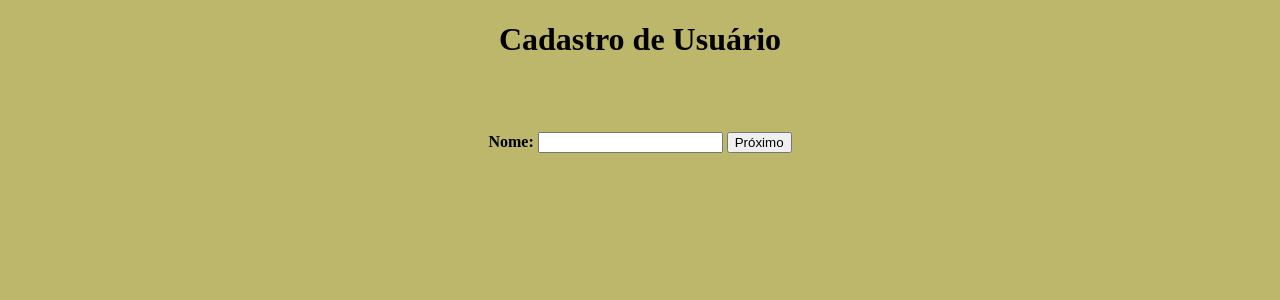
Repository: yoda4ever/playground
Page: http://localhost/Mod06_ex02B/tela1.jsp
An editor plug-in stored every save of this project. The page is shown before and after the next save, followed by the edit.
The browser window is 1280 px wide. The pictures show the whole page.
The page is served by Tomcat 9. Other server files are loaded and not shown.

Above is the page before, as saved 2017-05-06 15:41:43.

### Mod06_ex02B/WebContent/tela1.jsp
<%@ page language="java" contentType="text/html; charset=ISO-8859-1"
    pageEncoding="ISO-8859-1"%>
<!DOCTYPE html PUBLIC "-//W3C//DTD HTML 4.01 Transitional//EN" "http://www.w3.org/TR/html4/loose.dtd">
<html>
<head>
<meta http-equiv="Content-Type" content="text/html; charset=ISO-8859-1">
<title>Cadastro</title>
</head>
<body style="background-color: darkkhaki;">

		<center>
			<h1>Cadastro de Usuário</h1>
		</center>

		<br><br>

		<center>
			<form action="Cadastrar" method="post">
				<input type="hidden" name="pagina" value="1"
				style="height: 25px; width: 26%; font-size: 26px;">

				<p><strong>Nome:</strong>
				<input type="text" maxlength="20" name="nome">
				<button>Próximo</button>
			</form>
		</center>



</body>
</html>

After the next save:
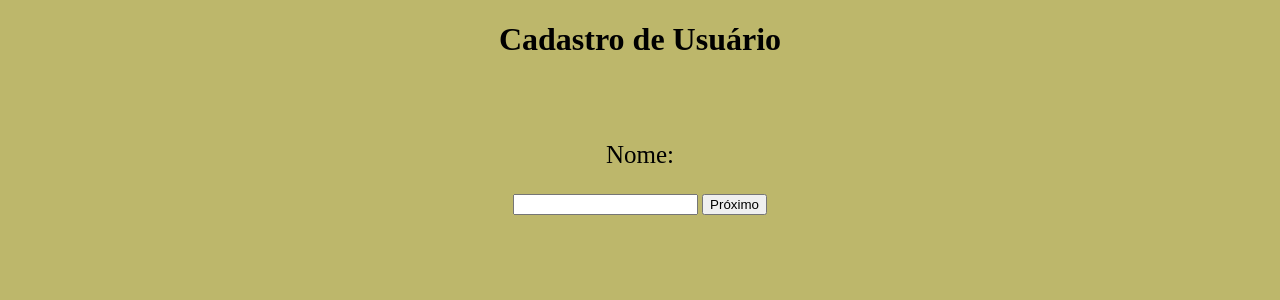
Saved 2 min 1 s later.
--- a/Mod06_ex02B/WebContent/tela1.jsp
+++ b/Mod06_ex02B/WebContent/tela1.jsp
@@ -19,7 +19,7 @@
 				<input type="hidden" name="pagina" value="1"
 				style="height: 25px; width: 26%; font-size: 26px;">
 
-				<p><strong>Nome:</strong>
+				<p style="font-size: 25px;font-family: cursive;"> Nome:</p>
 				<input type="text" maxlength="20" name="nome">
 				<button>Próximo</button>
 			</form>
